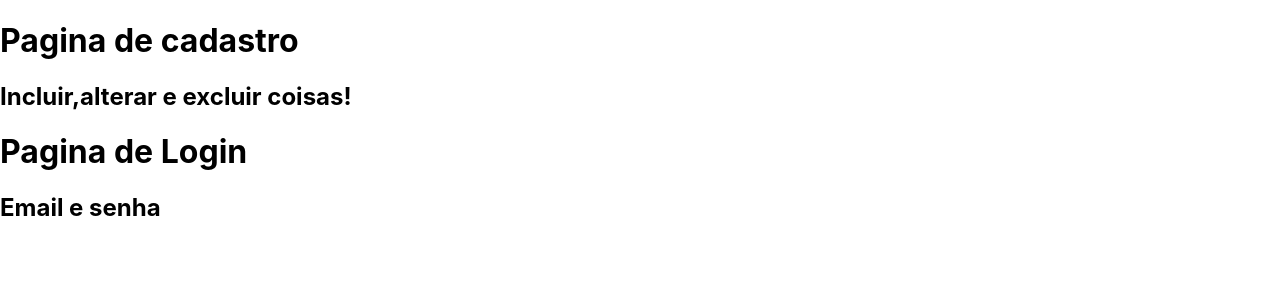
Repository: Mira757/capacitacao-React-Next.js-basico
Page: /basicos/usandoTitulo
The author's editor kept a copy of each file at every save. The page is drawn from the files as they stood at one save, then again after the next save.
The browser window is 1280 px wide. The pictures show the whole page.
The project was rebuilt for these pictures with package versions that can differ from the ones it lists, and the page was loaded fresh each time. The framework's server and built-in components were replaced by stand-ins that run in the browser. Also part of the build but not shown: next.config.js.

Above is the page before, as saved 2022-03-09 21:03:08.

### pages/basicos/usandoTitulo.jsx
import Titulo from '../../componentes/Titulo'

export default function usandoTitulo () {
  return (
    <div>
      <Titulo
        principal="Pagina de cadastro"
        secundario="Incluir,alterar e excluir coisas!"
      />
       <Titulo
        principal="Pagina de Login"
        secundario="Email e senha"
      />
    </div>
  )
}

### componentes/Titulo.jsx
export default function Titulo(props) {
  if(props.pequeno) {
    return (
      <>
      <p>{props.principal}</p>
      <p>{props.secundario}</p>
      </>
    )
  } else {
    return (
      <>
      <h1>{props.principal}</h1>
      <h2>{props.secundario}</h2>
      </>
    )
  }

  /*
    return props.pequeno ? (
      <>
      <p>{props.principal}</p>
      <p>{props.secundario}</p>
      </>
    ) : (
      <>
      <h1>{props.principal}</h1>
      <h2>{props.secundario}</h2>
      </>
    )
  }*/

}

Loaded but not shown: pages/_app.js (common file); styles/globals.css (common file)

After the next save:
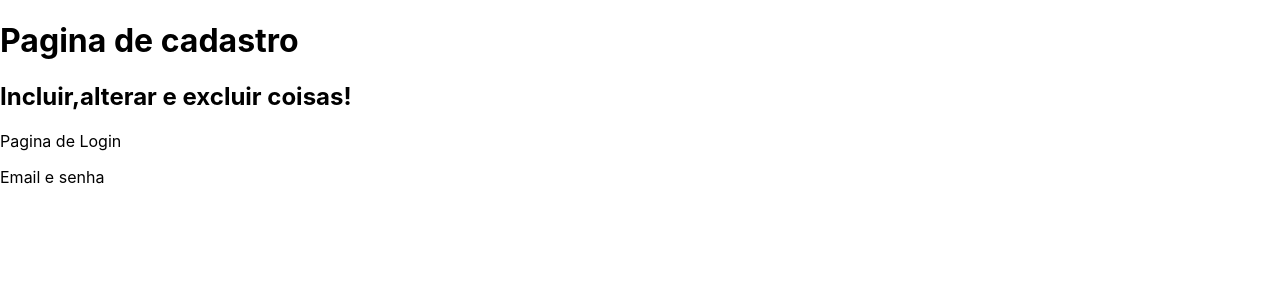
Saved 17 s later.
--- a/pages/basicos/usandoTitulo.jsx
+++ b/pages/basicos/usandoTitulo.jsx
@@ -10,6 +10,7 @@ export default function usandoTitulo () {
        <Titulo
         principal="Pagina de Login"
         secundario="Email e senha"
+        pequeno={true}
       />
     </div>
   )
